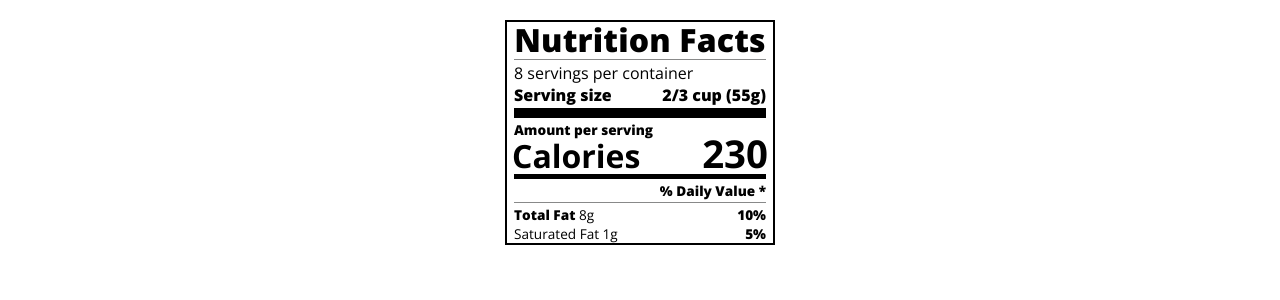
Repository: AimenDje/NutritionLabel
Page: index.html
These files come from the project's save history. The page is drawn as it stood at one moment and after the next save; the edit follows.
The browser window is 1280 px wide. The pictures show the whole page.

Above is the page before, as saved 2025-08-30 22:46:45.

After the next save:
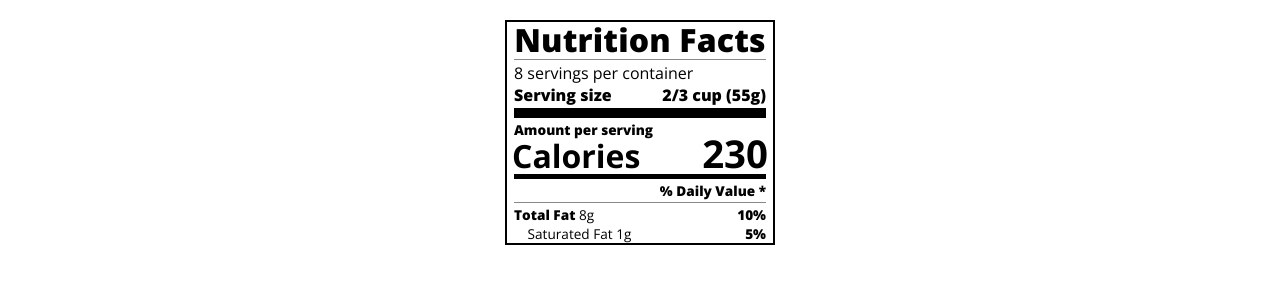
Saved 34 s later.
--- a/styles.css
+++ b/styles.css
@@ -80,3 +80,7 @@ p{
 .right{
   justify-content: flex-end ;
 }
+
+.indent{
+  margin-left:1em;
+}
